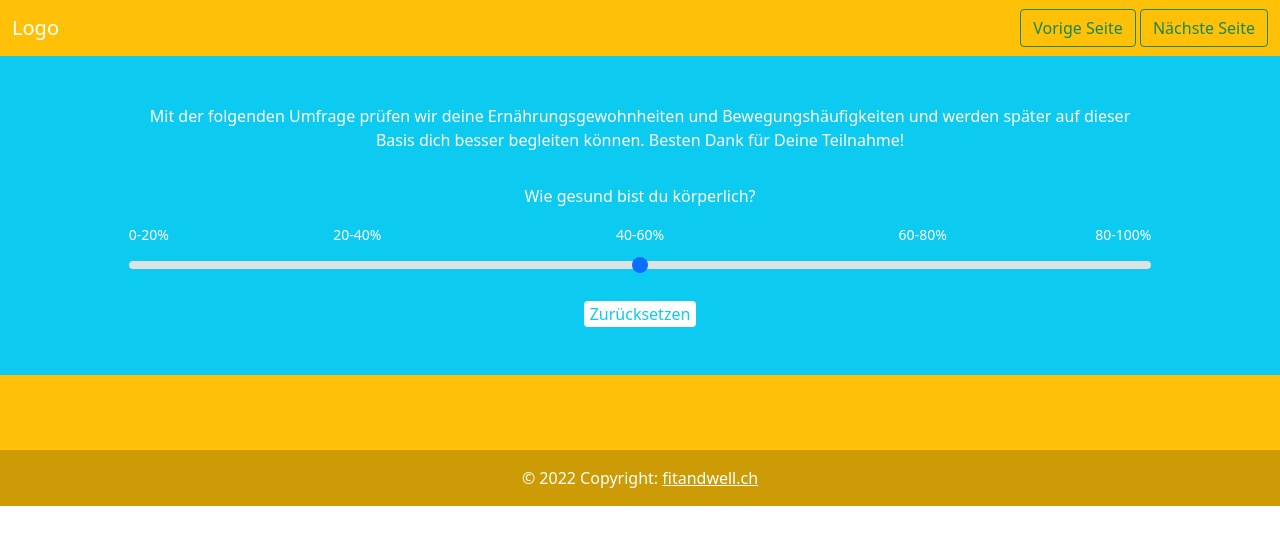
Repository: stephane71183101/Stephane-Personal-Health-Survey
Page: http://localhost/form-q01-start-page.php
These files come from the project's save history. The page is drawn as it stood at one moment and after the next save; the edit follows.
The browser window is 1280 px wide. The pictures show the whole page.
The page is run by PHP 8.4 with error messages shown; the project is at /var/www/html/.

Above is the page before, as saved 2022-03-15 22:50:32.

### form-q01-start-page.php
<!DOCTYPE html>
<html lang="en">
<head>
    <meta charset="UTF-8">
    <meta http-equiv="X-UA-Compatible" content="IE=edge">
    <meta name="viewport" content="width=device-width, initial-scale=1.0">
    <title>Document</title>
    <link href="https://cdn.jsdelivr.net/npm/bootstrap@5.1.3/dist/css/bootstrap.min.css" rel="stylesheet" integrity="sha384-1BmE4kWBq78iYhFldvKuhfTAU6auU8tT94WrHftjDbrCEXSU1oBoqyl2QvZ6jIW3" crossorigin="anonymous">
    <script src="https://cdn.jsdelivr.net/npm/bootstrap@5.1.3/dist/js/bootstrap.bundle.min.js" integrity="sha384-ka7Sk0Gln4gmtz2MlQnikT1wXgYsOg+OMhuP+IlRH9sENBO0LRn5q+8nbTov4+1p" crossorigin="anonymous"></script>
</head>

<header>
    <nav class="navbar navbar-expand-lg navbar-light bg-warning">
    <div class="container-fluid">
        <a class="navbar-brand text-white" href="#">Logo</a>
        <div class="nav justify-content-end" id="navbarNav">
            <form class="d-flexme-2">
                <button class="btn btn-outline-success" type="submit">Vorige Seite</button>
                <button class="btn btn-outline-success" type="submit">Nächste Seite</button>
            </form>
        </div>
    </div>
    </nav>
</header>

<body>
    <div class="container-fluid pt-5 pb-3 text-center text-white bg-info">
        <div  class="container col-10">
        <p>Mit der folgenden Umfrage prüfen wir deine Ernährungsgewohnheiten und Bewegungshäufigkeiten und werden später auf dieser Basis dich besser begleiten können. Besten Dank für Deine Teilnahme!</p>
        </div>
    </div>

    <div class="container-fluid pb-5 text-center text-white bg-info">
        <div  class="container col-10">
        <form>
        <label for="customRange1" class="form-label pb-2">Wie gesund bist du körperlich?</label>
        <div class="container-fluid px-0 mb-2 small">
        <div class="row g-0">
        <div class="col text-start">0-20%</div>
        <div class="col text-start">20-40%</div>
        <div class="col">40-60%</div>
        <div class="col text-end">60-80%</div>
        <div class="col text-end">80-100%</div>
        </div>
        </div>
        <input type="range" class="form-range mb-4" min="0" max="4" step="1" id="my-range">
        <input type="reset" class="border-0 bg-white rounded text-info" value="Zurücksetzen">
        </form>
        </div>
    </div>

<footer>
    <div class="text-center text-white bg-warning">
    <!-- Grid container -->
    <div class="container pt-4">
        <!-- Section: Social media -->
        <section class="mb-4">
        <!-- Facebook -->
        <a
            class="btn btn-link btn-floating btn-lg text-dark m-1"
            href="#"
            role="button"
            data-mdb-ripple-color="dark"
            ><i class="fab fa-facebook-f"></i
        ></a>

        <!-- Twitter -->
        <a
            class="btn btn-link btn-floating btn-lg text-dark m-1"
            href="#!"
            role="button"
            data-mdb-ripple-color="dark"
            ><i class="fab fa-twitter"></i
        ></a>

        <!-- Google -->
        <a
            class="btn btn-link btn-floating btn-lg text-dark m-1"
            href="#!"
            role="button"
            data-mdb-ripple-color="dark"
            ><i class="fab fa-google"></i
        ></a>

        <!-- Instagram -->
        <a
            class="btn btn-link btn-floating btn-lg text-dark m-1"
            href="#!"
            role="button"
            data-mdb-ripple-color="dark"
            ><i class="fab fa-instagram"></i
        ></a>

        <!-- Linkedin -->
        <a
            class="btn btn-link btn-floating btn-lg text-dark m-1"
            href="#!"
            role="button"
            data-mdb-ripple-color="dark"
            ><i class="fab fa-linkedin"></i
        ></a>
        <!-- Github -->
        <a
            class="btn btn-link btn-floating btn-lg text-dark m-1"
            href="#!"
            role="button"
            data-mdb-ripple-color="dark"
            ><i class="fab fa-github"></i
        ></a>
        </section>
        <!-- Section: Social media -->
    </div>
    <!-- Grid container -->

    <!-- Copyright -->
    <div class="text-center text-white p-3" style="background-color: rgba(0, 0, 0, 0.2);">
        © 2022 Copyright:
        <a class="text-white" href="#">fitandwell.ch</a>
    </div>
    <!-- Copyright -->
    </div>
</footer>
</body>

</html>

After the next save:
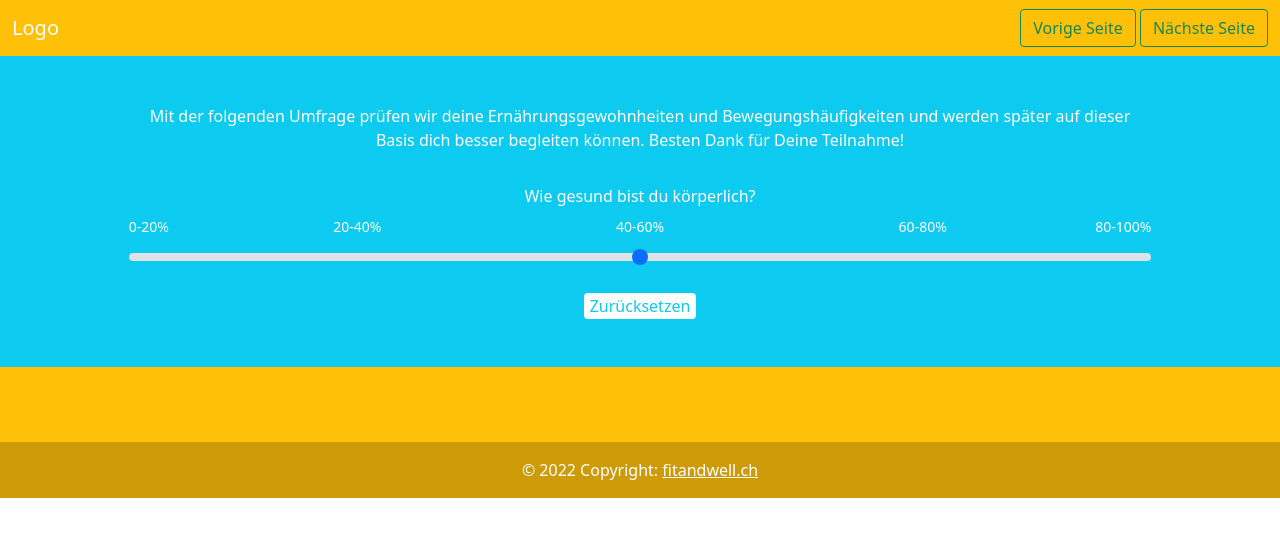
Saved 14 s later.
--- a/form-q01-start-page.php
+++ b/form-q01-start-page.php
@@ -33,7 +33,7 @@
     <div class="container-fluid pb-5 text-center text-white bg-info">
         <div  class="container col-10">
         <form>
-        <label for="customRange1" class="form-label pb-2">Wie gesund bist du körperlich?</label>
+        <label for="customRange1" class="form-label mb-2">Wie gesund bist du körperlich?</label>
         <div class="container-fluid px-0 mb-2 small">
         <div class="row g-0">
         <div class="col text-start">0-20%</div>
